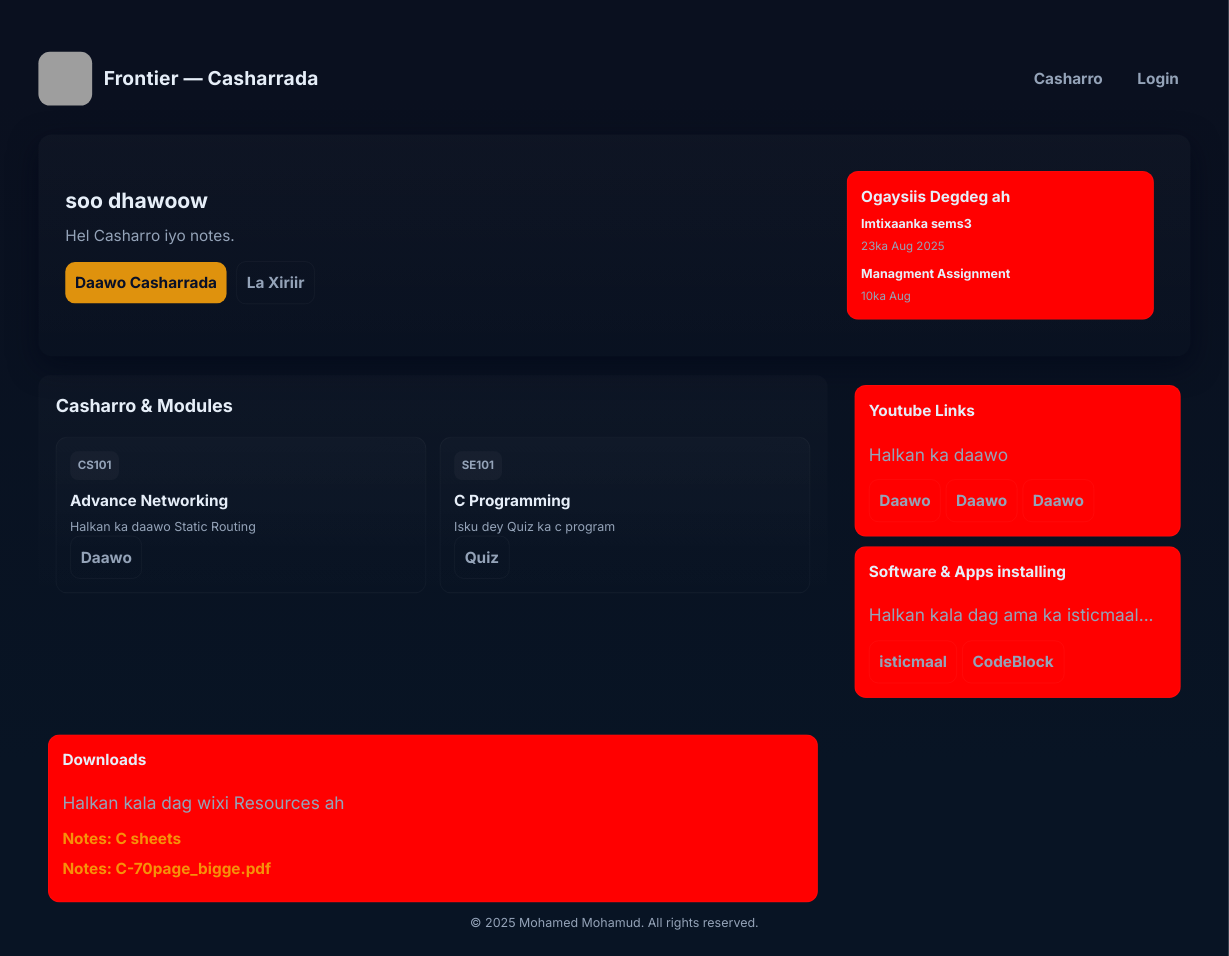
Repository: mrfiiqane/Al-Tacaawun.com
Page: index.html
The author's editor kept a copy of each file at every save. The page is drawn from the files as they stood at one save, then again after a run of saves.
The browser window is 1280 px wide. The pictures show the whole page, at 96% of full size.
Pictures or frames that could not be fetched are drawn as grey boxes.

Above is the page before, as saved 2025-08-12 10:44:53.

### index.html
<!doctype html>
<html lang="en">
<head>
  <meta charset="utf-8" />
  <meta name="viewport" content="width=device-width,initial-scale=1" />
  <title>Jaamacadda — Casharrada</title>
  <link rel="stylesheet" href="./style.css">

  <!-- Google Font (optional) -->
  <link href="https://fonts.googleapis.com/css2?family=Inter:wght@300;400;600;700&display=swap" rel="stylesheet">

</head>
<body>
  <div class="wrap">

    <header>
      <div class="brand">
        <div class="logo"></div>
        <div>
          <h1 class="site-title">Frontier — Casharrada</h1>
        </div>
      </div>

      <nav aria-label="Primary">
        <a href="#courses">Casharro</a>
        <a href="./Singin.html">Login</a>
      </nav>
    </header>

    <section class="hero">
      <div class="hero-left">

        <h2>soo dhawoow</h2>
        <p>Hel Casharro iyo notes.</p>

        <div class="cta-row">
          <a class="btn" href="#courses">Daawo Casharrada</a>
          <a class="btn secondary" href="#contact">La Xiriir</a>
        </div>
      </div>

      <div class="hero-right card">
        <h4 style="margin:0 0 8px 0">Ogaysiis Degdeg ah</h4>
        <ul class="ann-list">
          <li class="ann"><div><b>Imtixaanka sems3</b><small> 23ka Aug 2025</small></div></li>
          <li class="ann"><div><b>Managment Assignment</b><small> 10ka Aug</small></div></li>
        </ul>
      </div>
    </section>

    <div class="grid">
      <main>
        <!-- Courses -->
        <div id="courses" class="section">
          <h3 style="margin-top:0">Casharro & Modules</h3>
          <div class="courses">
            <article class="course">
              <span class="code">CS101</span>
              <h3>Advance Networking</h3>
              <p>Halkan ka daawo Static Routing</p>
              <a class="btn secondary" href="https://youtu.be/i_kWL7zncr0?si=UCBDJ3CswC6rXT9E" >Daawo</a>
            </article>
            <article class="course">
              <span class="code">SE101</span>
              <h3>C Programming</h3>
              <p>Isku dey Quiz ka c program</p>
              <a class="btn secondary" href="https://quiz-with-c.vercel.app/" >Quiz</a>
            </article>



          </div>
        </div>



      </main>

      <!-- Sidebar -->
      <aside>
        <div class="card">
          <h4 style="margin-top:0">Youtube Links</h4>
          <p class="site-sub">Halkan ka daawo</p>
          <ul style="margin:12px 0 0 0; padding:0; list-style:none;">
            <a class="btn secondary" href="https://youtu.be/eYBJgoVVvV4" >Daawo</a>
            <a class="btn secondary" href="https://youtu.be/OuTGAZUUJFI" >Daawo</a>
            <a class="btn secondary" href="https://youtu.be/sqkx3KoNXKo" >Daawo</a>
          </ul>
        </div>
        <div class="card">
          <h4 style="margin-top:0">Software & Apps installing</h4>
          <p class="site-sub">Halkan kala dag ama ka isticmaal...</p>
          <ul style="margin:12px 0 0 0; padding:0; list-style:none;">
            <a class="btn secondary" href="https://www.programiz.com/c-programming/online-compiler/" >isticmaal</a>
            <a class="btn secondary" href="https://sourceforge.net/projects/codeblocks/files/Binaries/25.03/Windows/codeblocks-25.03mingw-setup.exe/download" >CodeBlock</a>

          </ul>
        </div>

      </aside>
      <aside>
        <div class="card">
          <h4 style="margin-top:0">Downloads</h4>
          <p class="site-sub">Halkan kala dag wixi Resources ah</p>
          <ul style="margin:12px 0 0 0; padding:0; list-style:none;">
            <li style="margin-bottom:8px"><a href="./images/cheat_sheet_c.pdf" download="" style="color:var(--accent); text-decoration:none; font-weight:700">Notes: C sheets</a></li>
            <li style="margin-bottom:8px"><a href="./images/C-70page-begginers.pdf" download="" style="color:var(--accent); text-decoration:none; font-weight:700">Notes: C-70page_bigge.pdf</a></li>
          </ul>
        </div>

      </aside>
    </div>

    <footer>
      © <span id="year"></span> 2025 Mohamed Mohamud. All rights reserved.
    </footer>

  </div>

</body>
</html>

### style.css
:root{
      --bg:#0f1724;
      --card:#0b1220;
      --accent:#f59f0be8;
      --muted:#94a3b8;
      --glass: rgba(255,255,255,0.04);
      --radius:14px;
      --maxw:1200px;
      font-family: "Inter", system-ui, -apple-system, "Segoe UI", Roboto, "Helvetica Neue", Arial;
    }
    *{box-sizing:border-box}

    body{
      margin:0;
      background: linear-gradient(180deg,#0a101f 10%, #081424 80%);
      color:#e6eef8;
      -webkit-font-smoothing:antialiased;
      -moz-osx-font-smoothing:grayscale;  /* //waa maxay */
      line-height:1.45;
      padding:24px;
      display:flex;
      justify-content:center;
    }
    .wrap{
      width:100%;
      max-width:var(--maxw);

    }

    /* Header */
    header{
      display:flex;
      align-items:center;
      justify-content:space-between;
      gap:16px;
      margin: 30px auto;
    }
    .brand{
      display:flex;
      align-items:center;
      gap:12px;
    }
    .logo{
      background-image: url('https://encrypted-tbn0.gstatic.com/images?q=tbn:ANd9GcTuMOF6fEdt8Zlo2HOTVPE4MufJVdZzyfTKlA&s');
      background-size:cover;
      background-position:center;
      background-repeat:no-repeat;
      width:56px;
      height:56px;
      border-radius:12px;
      display:flex;
      align-items:center;
      justify-content:center;
      font-weight:700;
      font-size:20px;
    }
    h1.site-title{
      margin:0;
      font-size:20px;
      letter-spacing:0.2px;
    }
    p.site-sub{ margin:0; color:var(--muted); font-size:18px }

    nav{
      display:flex;
      gap:12px;
      align-items:center;
    }
    nav a{
      color:var(--muted);
      text-decoration:none;
      font-weight:800;
      padding:8px 12px;
      border-radius:10px;
    }
    nav a:hover{ color:#fff; background:var(--glass) }

    /* Hero */
    .hero{
      background: linear-gradient(180deg, rgba(255,255,255,0.02), transparent);
      border-radius: var(--radius);
      padding:28px;
      display:flex;
      gap:24px;
      align-items:center;
      margin-bottom:20px;
      box-shadow: 0 10px 30px rgba(2,6,23,0.6);
    }
    .hero-left{flex:1}
    .hero-right{ width:320px; min-width:220px }
    .hero h2{ margin:0 0 8px 0; font-size:22px }
    .hero p{ margin:0 0 14px 0; color:var(--muted) }

    .cta-row{ display:flex; gap:10px; align-items:center }
    .btn{
      background:var(--accent);
      color:#081028;
      padding:10px;
      border-radius:10px;
      font-weight:700;
      border:none;
      cursor:pointer;
      text-decoration:none;
      display:inline-block;
    }
    .btn.secondary{
      background:transparent;
      color:var(--muted);
      border:1px solid rgba(255,255,255,0.04);
    }

    /* Grid */
    .grid{
      display:grid;
      gap:18px;
      grid-template-columns: 1fr 360px;
    }

    /* Main content */
    main{ background:transparent }
    .section{
      background: linear-gradient(180deg, rgba(255,255,255,0.02), transparent);
      padding:18px;
      border-radius:12px;
      margin-bottom:16px;
    }

    /* Courses */
    .courses{
      display:grid;
      grid-template-columns: repeat(auto-fit,minmax(230px,1fr));
      gap:14px;
    }
    .course{
      background:linear-gradient(180deg, rgba(255,255,255,0.02), transparent);
      padding:14px;
      border-radius:12px;
      border:1px solid rgba(255,255,255,0.03);
      transition:transform .18s ease, box-shadow .18s ease;
    }
    .course:hover{ transform:translateY(-6px); box-shadow:0 12px 30px rgba(2,6,23,0.6) }
    .code{
      display:inline-block;
      background:rgba(255,255,255,0.03);
      padding:6px 8px;
      border-radius:8px;
      color:var(--muted);
      font-weight:700;
      font-size:12px;
    }
    .course h3{ margin:10px 0 6px 0; font-size:16px }
    .course p{ margin:0; color:var(--muted); font-size:13px }

    /* Sidebar cards */
    .card{
      /* background: linear-gradient(180deg, rgba(255,255,255,0.02), transparent); */
      background-color: red;
      padding:14px;
      border-radius:12px;
      border:1px solid rgba(255,255,255,0.03);
      margin: 10px;
    }
    .ann-list{ list-style:none; margin:0; padding:0; display:flex; flex-direction:column; gap:10px }
    .ann{
      display:flex; gap:10px; align-items:flex-start;
    }
    .ann b{ display:block; font-size:13px }
    .ann small{ color:var(--muted); font-size:12px }

    footer{
      margin:2px; text-align:center; color:var(--muted); font-size:13px;
    }

    /* Responsive */
    @media (max-width:768px){
    header{
      display:block;
      align-items:center;
      justify-content:space-around;
      gap:5px;
      margin-bottom:22px;
    }
    .hero, .grid{
      display: flex;
      flex-direction: column;
    }

    nav{
      gap:5px;
      justify-content: end;
    }
    .btn{
      padding:10px;
    }

    }

After the next 2 saves:
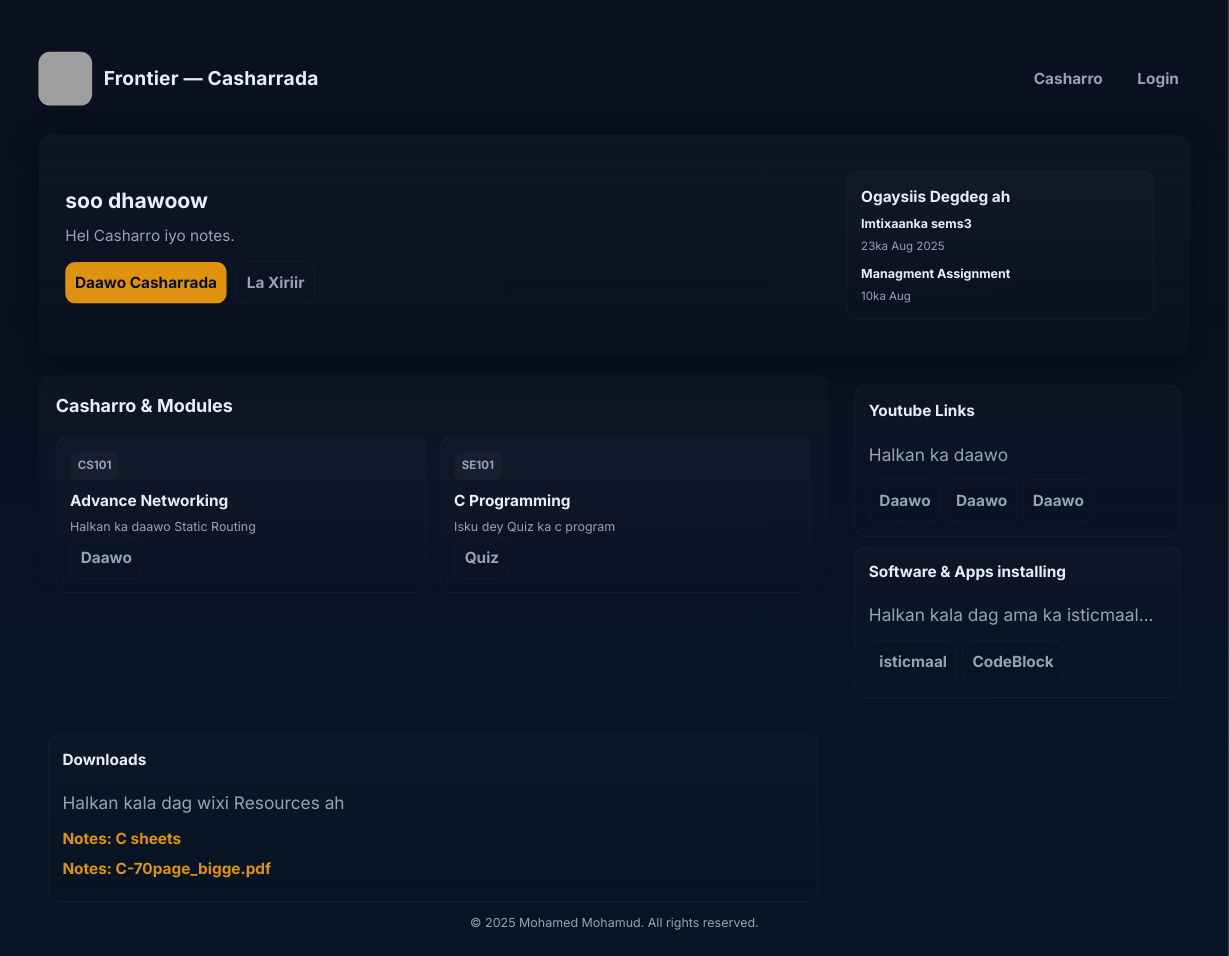
The 2 saves are shown as one change because they came seconds apart.
The last was saved 10 s later.
--- a/style.css
+++ b/style.css
@@ -153,8 +153,7 @@
 
     /* Sidebar cards */
     .card{
-      /* background: linear-gradient(180deg, rgba(255,255,255,0.02), transparent); */
-      background-color: red;
+      background: linear-gradient(180deg, rgba(255,255,255,0.02), transparent);
       padding:14px;
       border-radius:12px;
       border:1px solid rgba(255,255,255,0.03);
